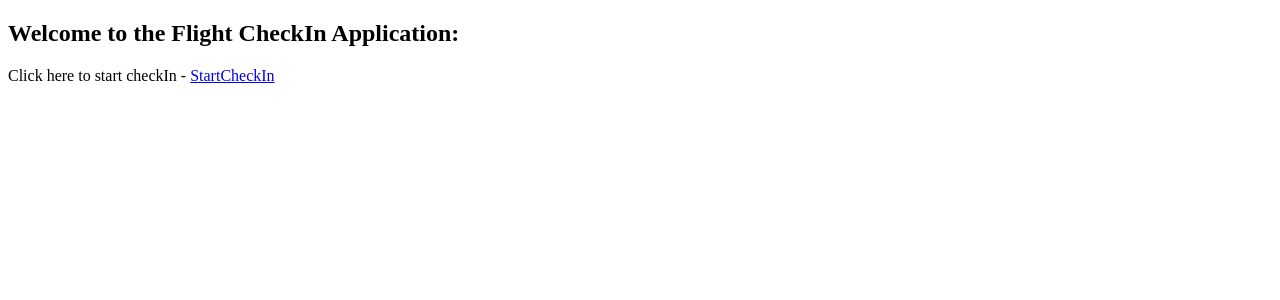
Repository: ankychat00x/Spring-restful-services
Page: flightcheckin/src/main/resources/static/index.html
The author's editor kept a copy of each file at every save. The page is drawn from the files as they stood at one save, then again after the next save.
The browser window is 1280 px wide. The pictures show the whole page.

Above is the page before, as saved 2020-08-26 15:23:25.

After the next save:
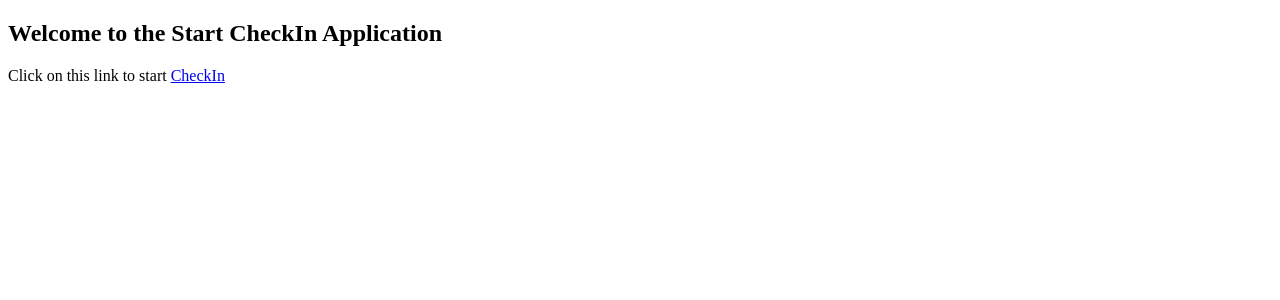
Saved 4 min 35 s later.
--- a/flightcheckin/src/main/resources/static/index.html
+++ b/flightcheckin/src/main/resources/static/index.html
@@ -2,12 +2,10 @@
 <html>
 <head>
 <meta charset="UTF-8">
-<title>Flight CheckIn Application</title>
+<title>FlightCheckIn Application</title>
 </head>
 <body>
-
-<h2>Welcome to the Flight CheckIn Application:</h2>
-Click here to start checkIn - <a href="showStartCheckin">StartCheckIn</a><br/>
-
+<h2>Welcome to the Start CheckIn Application</h2>
+Click on this link to start <a href="/showStartCheckin">CheckIn</a>
 </body>
 </html>
